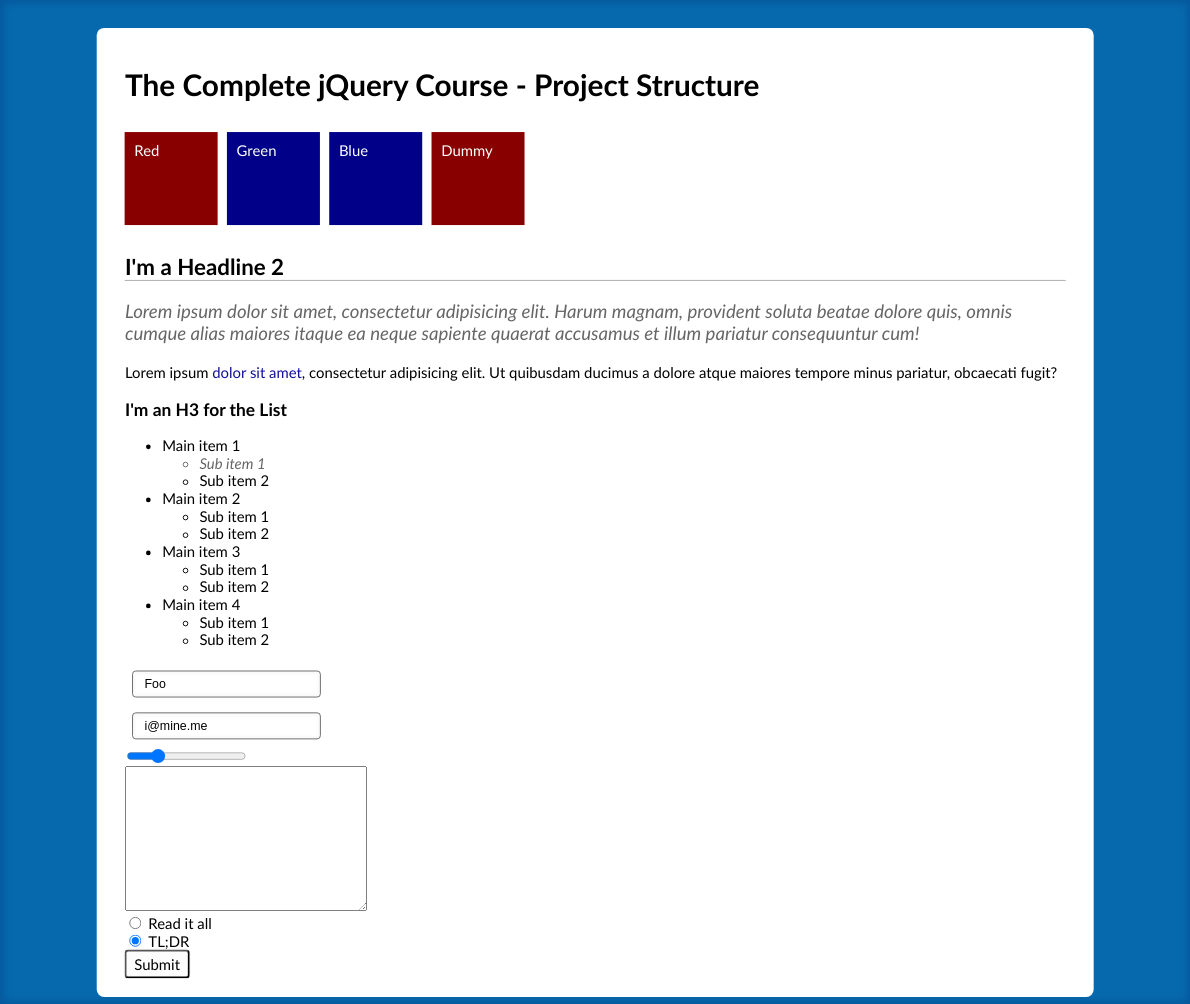
Repository: vpriyankaprabhu/Jquery-examples
Page: 05/add-remove-css-classes/index.html
These files come from the project's save history. The page is drawn as it stood at one moment and after a run of saves; the edit follows.
The browser window is 1280 px wide. The pictures show the whole page, at 93% of full size.

Above is the page before, as saved 2024-12-30 13:18:22.

### 05/add-remove-css-classes/index.html
<!DOCTYPE html>
<html lang="en">
<head>
  <meta charset="UTF-8">
  <script src="https://code.jquery.com/jquery-1.12.3.min.js" integrity="sha256-aaODHAgvwQW1bFOGXMeX+pC4PZIPsvn2h1sArYOhgXQ=" crossorigin="anonymous"></script>
  <script src="js/script.js"></script>
  <link rel="stylesheet" href="css/style.css">
  <title>The Complete jQuery Course - Course Code</title>
</head>
<body>
  <div id="content">
    <h1>The Complete jQuery Course - Project Structure</h1>

    <div class="red-box">Red</div>
    <div class="green-box">Green</div>
    <div class="blue-box">Blue</div>
    <div class="dummy foo bar">Dummy</div>
    <div class="clear"></div>

    <h2>I'm a Headline 2</h2>
    <p>Lorem ipsum dolor sit amet, consectetur adipisicing elit. Harum magnam, provident soluta beatae dolore quis, omnis cumque alias maiores itaque ea neque sapiente quaerat accusamus et illum pariatur consequuntur cum!</p>
    <p>Lorem ipsum <a id="link" title="An amazing link" href="/url">dolor sit amet</a>, consectetur adipisicing elit. Ut quibusdam ducimus a dolore atque maiores tempore minus pariatur, obcaecati fugit?</p>

    <h3>I'm an H3 for the List</h3>
    <!-- An unordered list with ID "list" -->
    <ul id="list">
      <li>Main item 1
        <ul>
          <li>Sub item 1</li>
          <li>Sub item 2</li>
        </ul></li>
      <li>Main item 2
        <ul>
          <li>Sub item 1</li>
          <li>Sub item 2</li>
        </ul></li>
      <li>Main item 3
        <ul>
          <li>Sub item 1</li>
          <li>Sub item 2</li>
        </ul></li>
      <li>Main item 4
        <ul>
          <li>Sub item 1</li>
          <li>Sub item 2</li>
        </ul></li>
    </ul>

    <!-- A form element without class or ID  -->
    <form action="">
      <input type="text" value="Foo"><br>
      <input type="email" value="i@mine.me"><br>
      <input type="range" min="1" max="10" value="3"><br>
      <textarea name="message" id="message" cols="30" rows="10"></textarea><br>
      <input type="radio" name="toc" value="read" id="read"> <label for="read">Read it all</label> <br>
      <input type="radio" name="toc" value="tldr" checked> <label for="tldr">TL;DR</label> <br>
      <input type="submit" value="Submit">
    </form>
</body>
</html>

### 05/add-remove-css-classes/js/script.js
$(function () {

  // Additional CSS classes can be added to an element via addClass()

  // For instance, add the class .fancy-link to all anchor tags.
  // Note that you *do not* add a dot in front of the class name here.
  $("a").addClass("fancy-link");

  // You can also add multiple classes at once.
  $("p:first").addClass("large emphasize");

  // To attach a class based on the index of the element in your selected
  // set of elements, you can use a callback function.
  $("li li").addClass(function(index) {
    // This adds classes .item-0, .item-1, ... to the list's sub-items.
    $(this).addClass("item-" + index);
  });

  // You can even use two parameters for the callback function, the index
  // and the current class of the element.
  $("div").addClass(function(index, currentClasses) {
    console.log(currentClasses);  // String containing all classes

    // Add .red-box if the current classes contain "dummy"
    if (currentClasses.indexOf("dummy") !== -1) {
      return "red-box";
    }
  });

  // You can again chain these calls to switch one class for another.
  $(".green-box").removeClass("green-box").addClass("blue-box");

  // To quickly toggle one particular CSS class, use toggleClass().
  $("li li:first").toggleClass("emphasize");

});

### 05/add-remove-css-classes/css/style.css
.lightbox {
  position: absolute;
  top: 0;
  left: 0;
  display: none;
  width: 30%;
  height: 60%;
  padding: 15% 35% 25% 35%;
  color: #000000;
  background-color: rgba(200, 100, 0, 0.9);
  text-align: center;
  text-shadow: #333 0 1px 0; }

.red-box {
  float: left;
  width: 80px;
  height: 80px;
  margin: 10px 10px 10px 0;
  padding: 10px;
  color: #ffffff;
  background-color: #880000; }

.green-box {
  float: left;
  width: 80px;
  height: 80px;
  margin: 10px 10px 10px 0;
  padding: 10px;
  color: #ffffff;
  background-color: #008800; }

.blue-box {
  float: left;
  width: 80px;
  height: 80px;
  margin: 10px 10px 10px 0;
  padding: 10px;
  color: #ffffff;
  background-color: #000088; }

.large {
  font-size: 125%;
}

.emphasize {
  color: #666;
  font-style: italic;
}

fieldset {
  border-radius: 4px;
  -moz-border-radius: 4px;
  -webkit-border-radius: 4px; }

label {
  display: inline-block;
  min-width: 100px; }

input[type="text"], input[type="email"], input[type="password"], input[type="tel"] {
  margin: 8px;
  padding: 6px 12px;
  outline: none;
  border: 1px solid #666;
  border-radius: 4px;
  box-shadow: inset 0 0 3px 3px #fafafa; }

input[type="submit"] {
  font-family: "Trebuchet MS", Verdana, Arial, sans-serif;
  font-size: 16px;
  padding: 4px 8px;
  background-color: #fcfcfc;
  box-shadow: 0 0 1px 0 #aaa;
  -webkit-border-radius: 4px;
  -moz-border-radius: 4px;
  border-radius: 4px; }
  input[type="submit"]:hover {
    background-color: #f4f4f4;
    box-shadow: 0 0 1px 0 #ccc; }

html {
  min-height: 100%;
  background-color: #0769ad;
  box-shadow: 0 0 8px 4px #06599d inset; }

body {
  font-size: 16px;
  font-family: "Trebuchet MS", Verdana, Arial, sans-serif; }

.clear {
  clear: both; }

#content {
  overflow: auto;
  width: 80%;
  background-color: #fff;
  margin: 30px auto 0 auto;
  padding: 20px 30px;
  border-radius: 8px;
  -moz-border-radius: 8px;
  -webkit-border-radius: 8px; }

h1 {
  color: #000; }

h2 {
  border-bottom: 1px solid #aaa; }

#dashboard {
  position: absolute;
  width: 120px;
  height: 60%;
  left: -140px;
  top: 100px;
  padding: 20px;
  border-radius: 0 6px 6px 0;
  box-shadow: 0 0 3px 3px #f0f0f0;
  background-color: #999; }

.fancy-link {
  display: inline-block;
  text-decoration: none;
  color: #111199; }

.fancy-link:after {
  display: block;
  content: '';
  border-bottom: solid 1px #22a;
  transform: scaleX(0.0001);
  transition: transform 250ms ease-in-out; }

.fancy-link:hover:after {
  transform: scaleX(1); }

/*# sourceMappingURL=style.css.map */

After the next 2 saves:
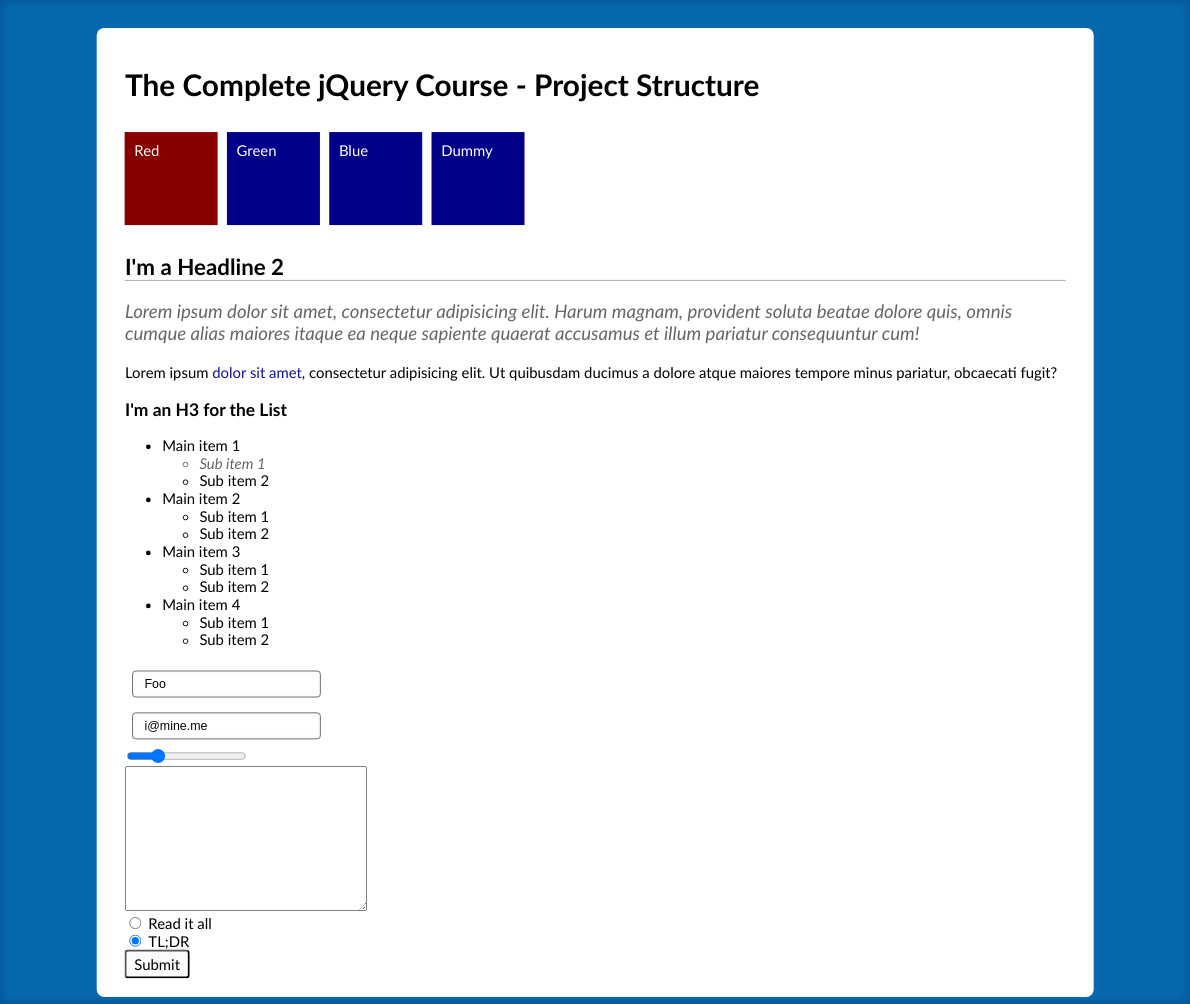
The 2 saves are shown as one change because they came seconds apart.
The last was saved 3 min 52 s later.
--- a/05/add-remove-css-classes/js/script.js
+++ b/05/add-remove-css-classes/js/script.js
@@ -23,7 +23,7 @@
 
     // Add .red-box if the current classes contain "dummy"
     if (currentClasses.indexOf("dummy") !== -1) {
-      return "red-box";
+      return "green-box";
     }
   });
 

After the 2 saves that followed:
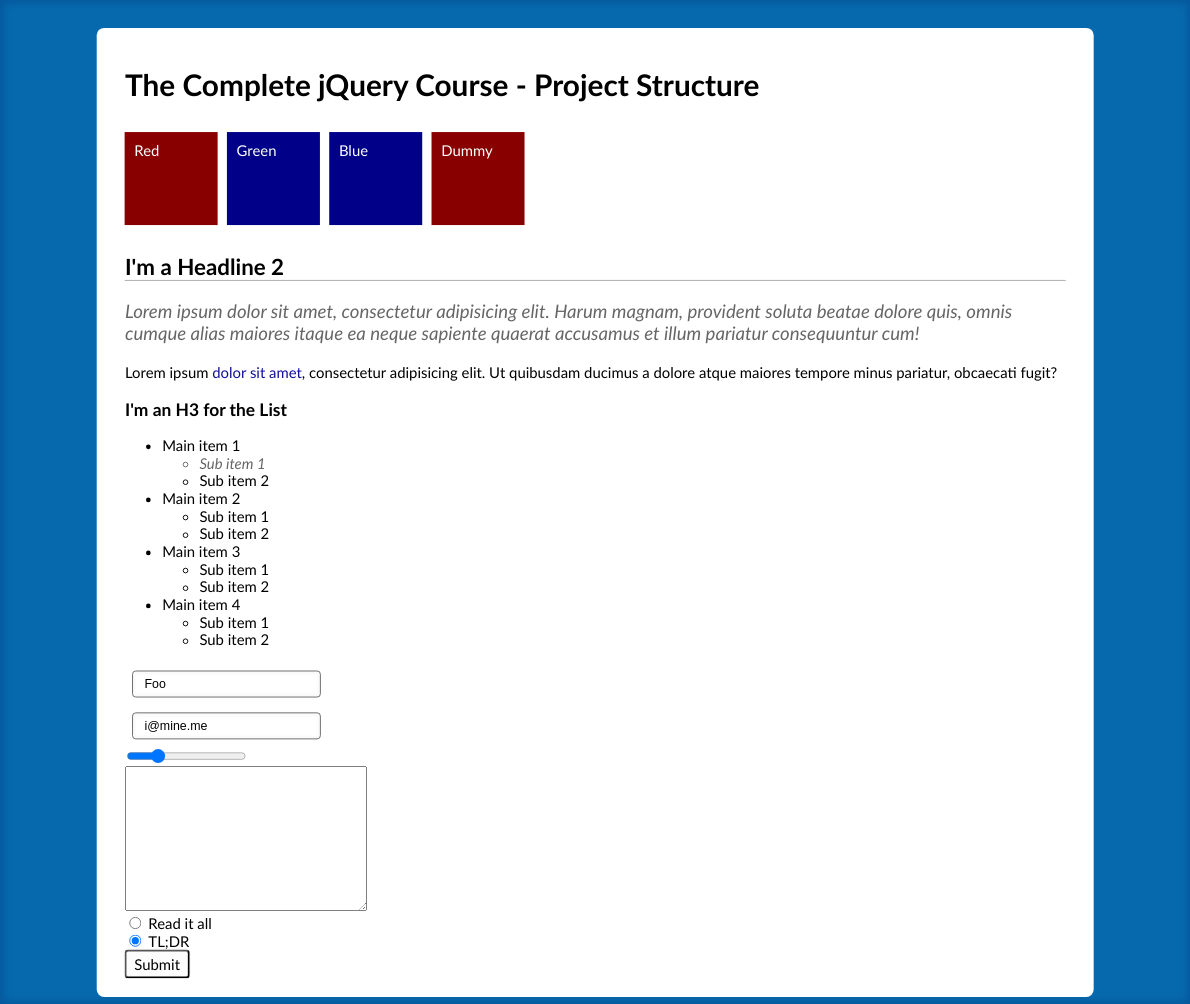
The 2 saves are shown as one change because 1 left the picture as it was.
The last was saved 21 s later.
--- a/05/add-remove-css-classes/js/script.js
+++ b/05/add-remove-css-classes/js/script.js
@@ -23,7 +23,7 @@
 
     // Add .red-box if the current classes contain "dummy"
     if (currentClasses.indexOf("dummy") !== -1) {
-      return "green-box";
+      return "red-box";
     }
   });
 
